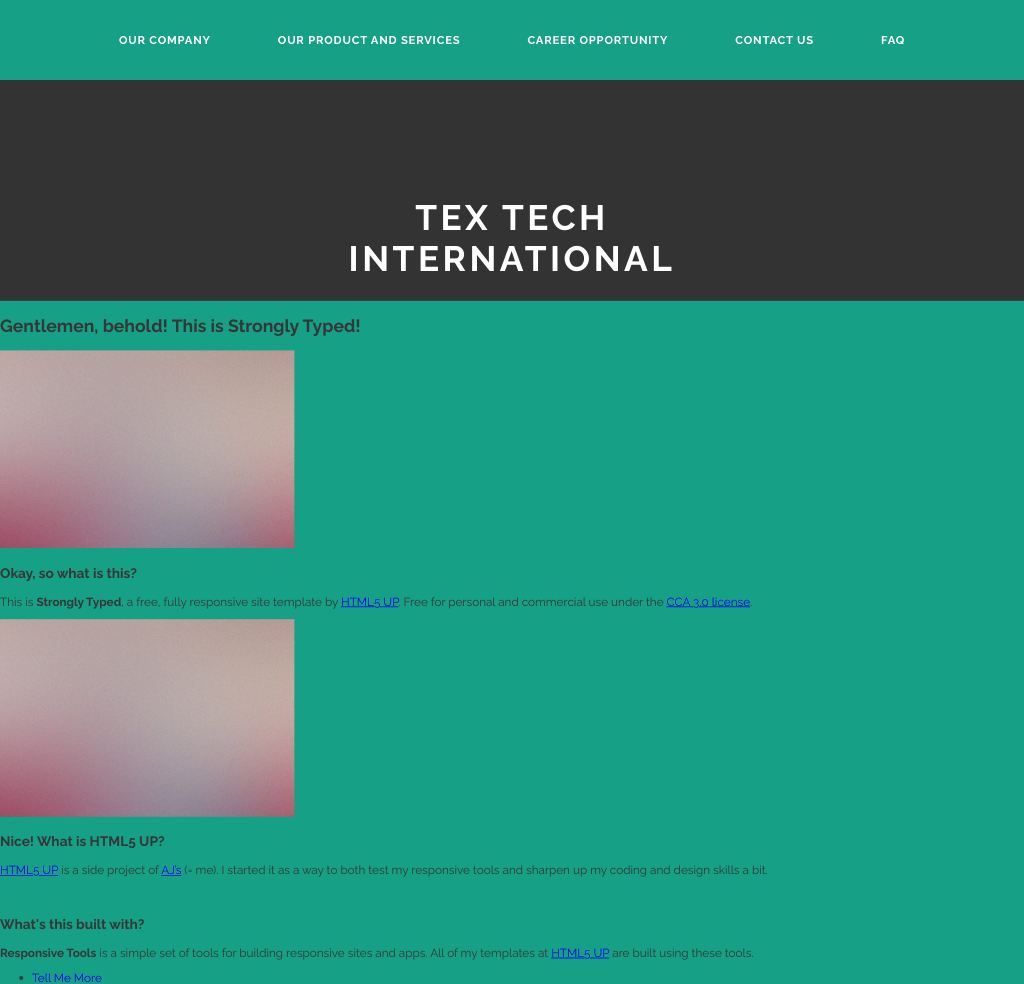
Repository: asifdotpy/demo_webpage
Page: contact_us.html
These files come from the project's save history. The page is drawn as it stood at one moment and after the next save; the edit follows.
The browser window is 1280 px wide. The pictures show the whole page, at 80% of full size.

Above is the page before, as saved 2021-01-26 00:23:07.
Not found: images/pic03.jpg

### contact_us.html
<!DOCTYPE html>
<html lang="en">
    <head>
        <meta http-equiv="Content-Type" content="text/html; charset=utf-8">
        <title>Tex Tech International</title>
        <meta name="keywords" content="">
        <meta name="description" content="">
        <link href="http://fonts.googleapis.com/css?family=Raleway:400,200,500,600,700,800,300" rel="stylesheet">
        <link href="css/contact_us.css" rel="stylesheet" type="text/css" media="all">
        <link href="fonts.css" rel="stylesheet" type="text/css" media="all">
    </head>
    <body>
        <div id="menu" class="container">
			<ul>
				<li><a href="index.html"><b>Our company</b></a></li>
				<li><a href="our_product_and_services.html"><b>Our product and services</b></a></li>
				<li><a href="career_opportunity.html"><b>Career opportunity</b></a></li>
				<li><a href="contact_us.html"><b>Contact us</b></a></li>
				<li><a href="faq.html"><b>FAQ</b></a></li>
			</ul>
        </div>
        <div id="header-wrapper">
            <div id="header" class="container">
                <div id="logo">
                    <h1><a href="#">Tex Tech International</a></h1>
                    <p>꧁ 𝗦𝗵𝗮𝗿𝗲 𝗘𝗳𝗳𝗼𝗿𝘁, 𝗘𝗮𝗿𝗻 𝗛𝗮𝗽𝗽𝗶𝗻𝗲𝘀𝘀 ꧂</p>
                </div>
            </div>
        </div>
        <section id="features">
            <div class="container">
                <header>
                    <h2>Gentlemen, behold! This is <strong>Strongly Typed</strong>!</h2>
                </header>
                <div class="row aln-center">
                    <div class="col-4 col-6-medium col-12-small">

                        <!-- Feature -->
                            <section>
                                <a href="#" class="image featured"><img src="images/pic02.jpg" alt=""></a>
                                <header>
                                    <h3>Okay, so what is this?</h3>
                                </header>
                                <p>This is <strong>Strongly Typed</strong>, a free, fully responsive site template
                                by <a href="http://html5up.net">HTML5 UP</a>. Free for personal and commercial use under the
                                <a href="http://html5up.net/license">CCA 3.0 license</a>.</p>
                            </section>

                    </div>
                    <div class="col-4 col-6-medium col-12-small">

                        <!-- Feature -->
                            <section>
                                <a href="#" class="image featured"><img src="images/pic02.jpg" alt=""></a>
                                <header>
                                    <h3>Nice! What is HTML5 UP?</h3>
                                </header>
                                <p><a href="http://html5up.net">HTML5 UP</a> is a side project of <a href="http://twitter.com/ajlkn">AJ’s</a> (= me).
                                I started it as a way to both test my responsive tools and sharpen up my coding
                                and design skills a bit.</p>
                            </section>

                    </div>
                    <div class="col-4 col-6-medium col-12-small">

                        <!-- Feature -->
                            <section>
                                <a href="#" class="image featured"><img src="images/pic03.jpg" alt=""></a>
                                <header>
                                    <h3>What's this built with?</h3>
                                </header>
                                <p><strong>Responsive Tools</strong> is a simple set of tools for building responsive
                                sites and apps. All of my templates at <a href="http://html5up.net">HTML5 UP</a> are built using these tools.</p>
                            </section>

                    </div>
                    <div class="col-12">
                        <ul class="actions">
                            <li><a href="#" class="button icon solid fa-file">Tell Me More</a></li>
                        </ul>
                    </div>
                </div>
            </div>
        </section>
    </body>
</html>

### css/contact_us.css
html, body {
	height: 100%;
}

body {
	margin: 0px;
	padding: 0px;
	background: #16a085;
	font-family: 'Raleway', sans-serif;
	font-size: 11pt;
	font-weight: 400;
	color: #363636;
}





/** MENU */

#menu {
	overflow: hidden;
	height: 100px;
}

#menu ul {
	margin: 0;
	padding: 0px 0px 0px 0px;
	list-style: none;
	line-height: normal;
	text-align: center;
}

#menu li {
	display: inline-block;
	font-size: 1.2em;
}

#menu a {
	display: block;
	letter-spacing: 1px;
	padding: 0px 40px;
	text-decoration: none;
	text-align: center;
	text-transform: uppercase;
	font-size: 0.80em;
	line-height: 100px;
	border: none;
	color: #FFF;
}

#menu a:hover, #menu .current_page_item a {
	text-decoration: none;
}

#menu a:hover, .current_page_item a {
	background: #1abc9c;
}




/*********************************************************************************/
/* Wrappers                                                                      */
/*********************************************************************************/

#header-wrapper
{
	overflow: hidden;
	background: url(images/bg01.png) repeat;
	background-size: 100%;
	padding: 6em 0em 2em 0em;
	background: #333333;
}


/*********************************************************************************/
/* Header                                                                        */
/*********************************************************************************/

	#header
	{
		position: relative;
		overflow: hidden;
		text-align: center;
	}

/*********************************************************************************/
/* Logo                                                                          */
/*********************************************************************************/

	#logo
	{
		width: 500px;
		height: 100px;
		margin: 0 auto;
		padding: 2em 0em;
		text-transform: uppercase;
	}

	#logo h1
	{
		letter-spacing: 0.10em;
		font-size: 3em;
	}

	#logo p
	{
		letter-spacing: 0.10em;
		color: #FFF;
	}

	#logo a
	{
		text-decoration: none;
		color: #FFF;
	}

Loaded but not shown: fonts.css (378 lines, source omitted)

After the next save:
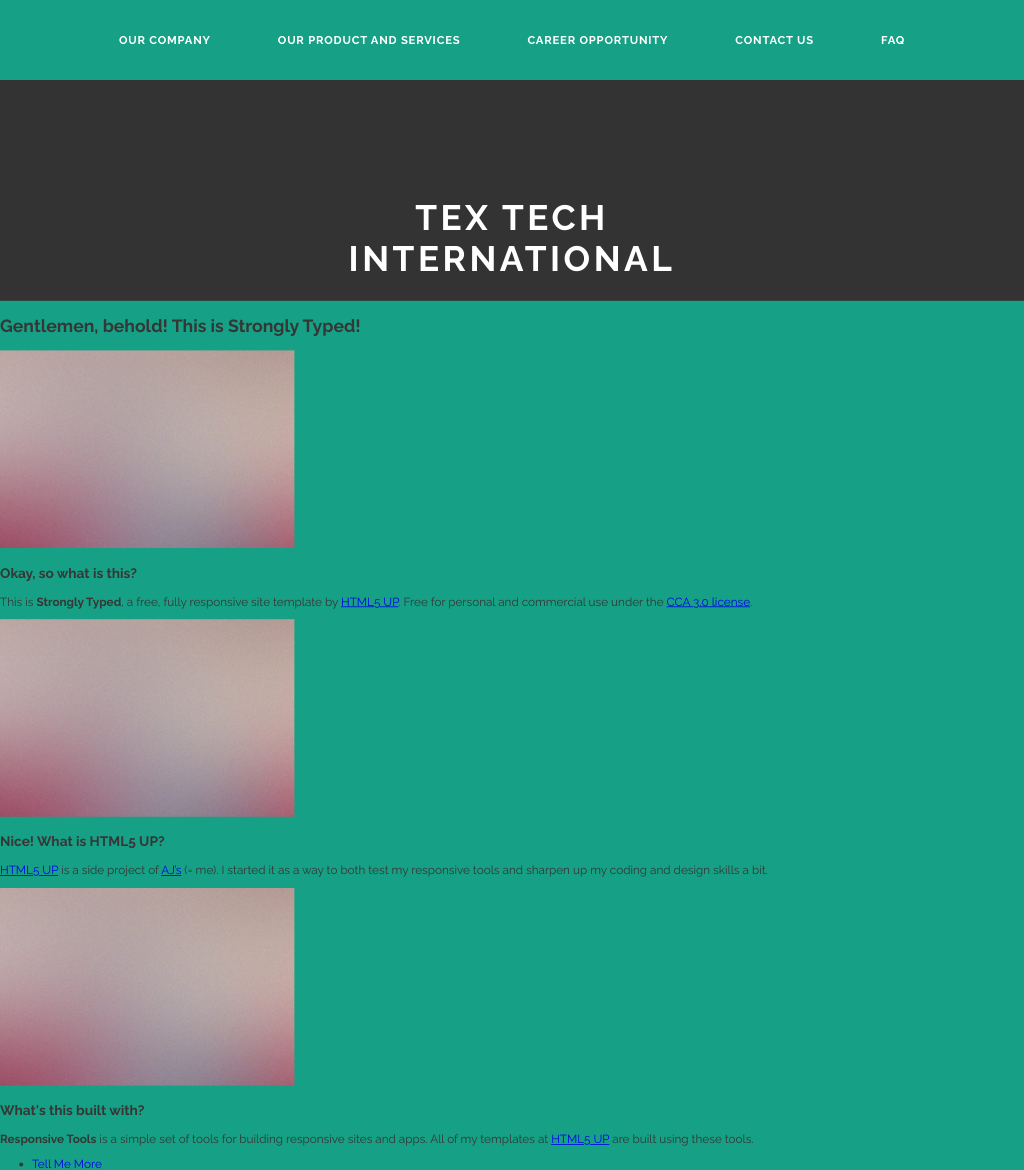
Saved 5 s later.
--- a/contact_us.html
+++ b/contact_us.html
@@ -65,7 +65,7 @@
 
                         <!-- Feature -->
                             <section>
-                                <a href="#" class="image featured"><img src="images/pic03.jpg" alt=""></a>
+                                <a href="#" class="image featured"><img src="images/pic02.jpg" alt=""></a>
                                 <header>
                                     <h3>What's this built with?</h3>
                                 </header>
